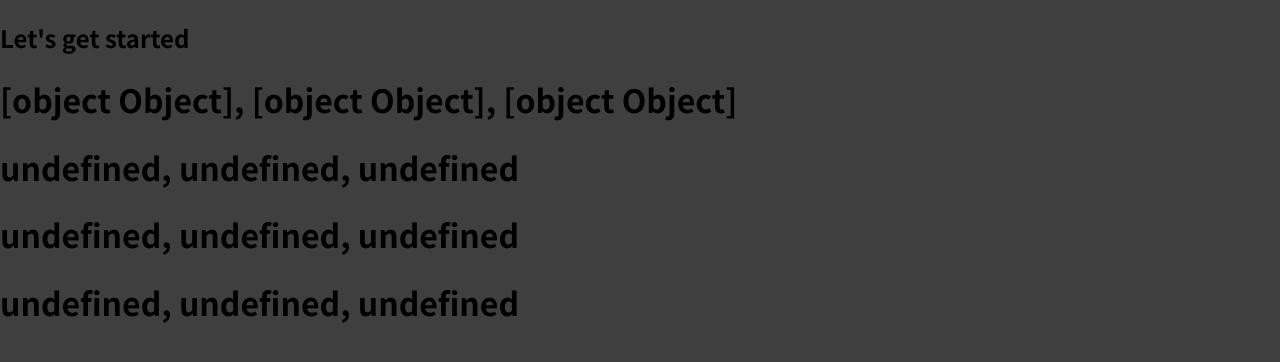
Repository: runner855/expense-tracker
Page: /
An editor plug-in stored every save of this project. The page is shown before and after the next save, followed by the edit.
The browser window is 1280 px wide. The pictures show the whole page.
The project was rebuilt for these pictures with package versions that can differ from the ones it lists, and the page was loaded fresh each time. Also part of the build but not shown: src/styles/ExpenseItem.css.

Above is the page before, as saved 2022-09-02 12:41:39.

### src/index.js
import React from 'react';
import ReactDOM from 'react-dom/client';
import expenses from './data/expenses.json';
import './styles/index.css';
import App from './components/App';

const root = ReactDOM.createRoot(document.getElementById('root'));
root.render(
  <React.StrictMode>
    <App expenses={expenses.expenses} />
  </React.StrictMode>
);

### src/data/expenses.json
{
  "expenses": [
    {
      "id": "e1",
      "title": "Toilet Paper",
      "amount": 94.12,
      "date": "new Date(2020, 7, 14)"
    },
    {
      "id": "e2",
      "title": "New TV",
      "amount": 799.49,
      "date": "new Date(2021, 2, 12)"
    },
    {
      "id": "e3",
      "title": "Car Insurance",
      "amount": 294.67,
      "date": "new Date(2021, 2, 28)"
    },
    {
      "id": "e4",
      "title": "New Desk (Wooden)",
      "amount": 450,
      "date": "new Date(2021, 5, 12)"
    }
  ]
}

### src/components/App.js
import React from 'react';
import ExpenseItem from '../components/ExpenseItem';


const App = (props) => {
  console.log(props)





  return (
    <div className="App">
      <h2>Let's get started</h2>
      <ExpenseItem date={props} title={props.expenses[0]} amount={props} />
      <ExpenseItem />
      <ExpenseItem />
      <ExpenseItem />



    </div>
  );
}

export default App;

### src/components/ExpenseItem.js
import React from 'react';
import '../styles/ExpenseItem.css'


const ExpenseItem = (props) => {

  const { date, title, amount } = props;

  return <h1>{`${date}, ${title}, ${amount}`}</h1>;
}

export default ExpenseItem;

Loaded but not shown: public/index.html (common file); src/styles/index.css (common file)

After the next save:
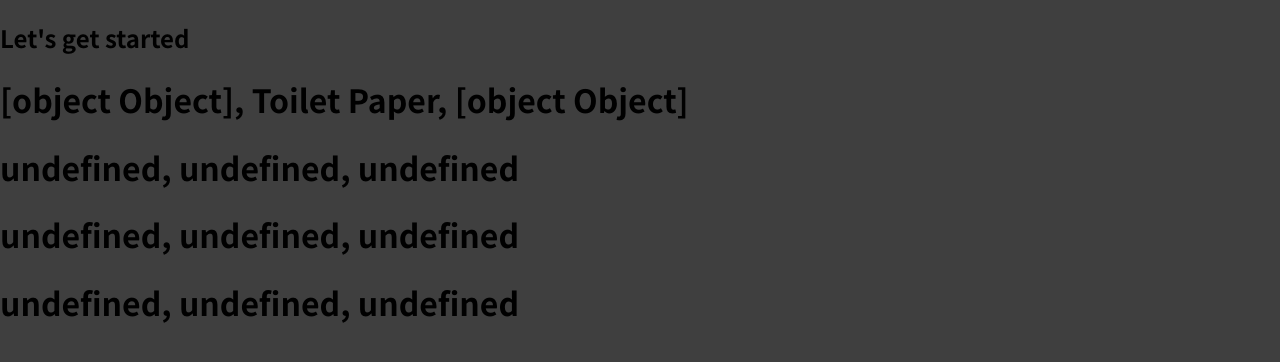
Saved 11 s later.
--- a/src/components/App.js
+++ b/src/components/App.js
@@ -12,7 +12,7 @@ const App = (props) => {
   return (
     <div className="App">
       <h2>Let's get started</h2>
-      <ExpenseItem date={props} title={props.expenses[0]} amount={props} />
+      <ExpenseItem date={props} title={props.expenses[0].title} amount={props} />
       <ExpenseItem />
       <ExpenseItem />
       <ExpenseItem />
